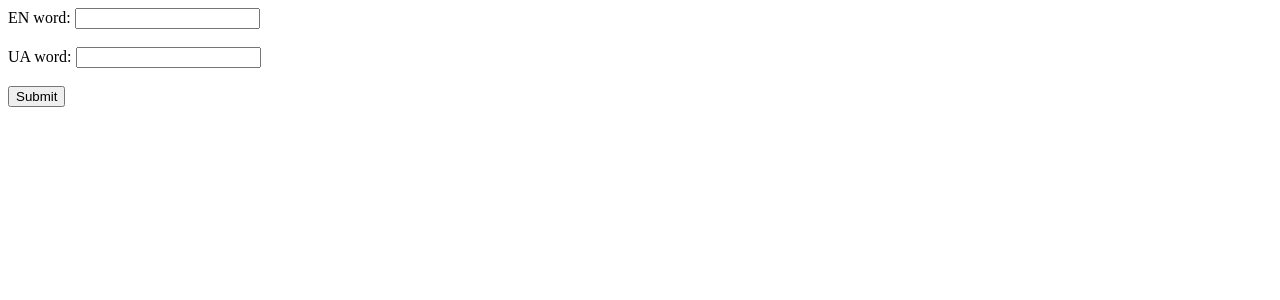
Repository: OleksandrDoskaliukKN313/IIC
Page: http://localhost/WebDictionary/en_ua
These files come from the project's save history. The page is drawn as it stood at one moment and after the next save; the edit follows.
The browser window is 1280 px wide. The pictures show the whole page.
The page is served by Tomcat 9. Other server files are loaded and not shown. Queries for data that is not in the repository find no rows.

Above is the page before, as saved 2020-10-11 13:52:38.

### WebDictionary/WebContent/en_ua.jsp
<%@page import="java.sql.ResultSet"%>
<%@ page language="java" contentType="text/html; charset=ISO-8859-1"
    pageEncoding="ISO-8859-1"%>
    <%@ page import = "database.DatabaseFacade" %>
<!DOCTYPE html>
<html>
<head>
<meta charset="ISO-8859-1">
<title>EN TO UA</title>
</head>
<body>
<%String word = (String)request.getAttribute("word");
%>
<form action="en_ua.java">
    EN word: <input name="en" />
    <br><br>
    UA word: <input name="ua" />
    <br></br>
    <input type="submit" value="Submit" />

</form>
</body>
</html>

### WebDictionary/src/servlets/En_ua.java
package servlets;

import java.io.IOException;

import javax.servlet.RequestDispatcher;
import javax.servlet.ServletException;
import javax.servlet.http.HttpServlet;
import javax.servlet.http.HttpServletRequest;
import javax.servlet.http.HttpServletResponse;

import servises.Service;


/**
 * Servlet implementation class En_ua
 */

public class En_ua extends HttpServlet {
	private Service service = null;

	public void init() {
        service = new Service();
    }

	private void processRequest(HttpServletRequest request, HttpServletResponse response) throws ServletException, IOException {
		request.setAttribute("word", service.getWord());
		RequestDispatcher dispatcher = request.getRequestDispatcher("en_ua.jsp");
		dispatcher.forward(request, response);
	}
	@Override
    protected void doGet(HttpServletRequest request, HttpServletResponse response) throws ServletException, IOException {
        processRequest(request, response);
    }

    @Override
    protected void doPost(HttpServletRequest request, HttpServletResponse response) throws ServletException, IOException {
        processRequest(request, response);
    }
}

### WebDictionary/src/database/DatabaseFacade.java
package database;


import java.sql.Connection;
import java.sql.DriverManager;
import java.sql.SQLException;
import java.sql.Statement;

public class DatabaseFacade {
	private static Statement statement=null;
	private DatabaseFacade() {
		getStatment();
	}

	public static Statement getStatment()
	{
		if(statement==null)
		{
			try
			{
				Connection connection = DriverManager.getConnection("jdbc:postgresql://localhost:5432/dictionary","postgres","1234");
				statement = connection.createStatement();
				return statement;

			} catch (SQLException e) {

				System.out.println("Connection Failure!");
				e.printStackTrace();
				return null;
			}
		}
		else return statement;

	}
}

After the next save:
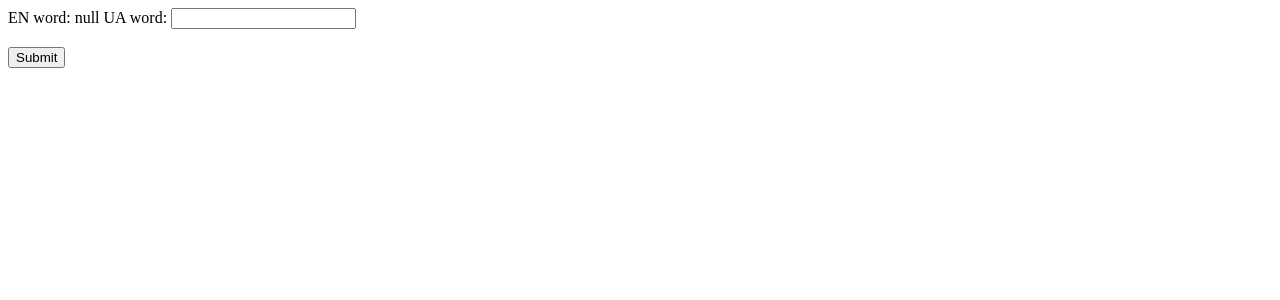
Saved 21 s later.
--- a/WebDictionary/WebContent/en_ua.jsp
+++ b/WebDictionary/WebContent/en_ua.jsp
@@ -12,8 +12,7 @@
 <%String word = (String)request.getAttribute("word");
 %>
 <form action="en_ua.java">
-    EN word: <input name="en" />
-    <br><br>
+    EN word: <%=word %>
     UA word: <input name="ua" />
     <br></br>
     <input type="submit" value="Submit" />
